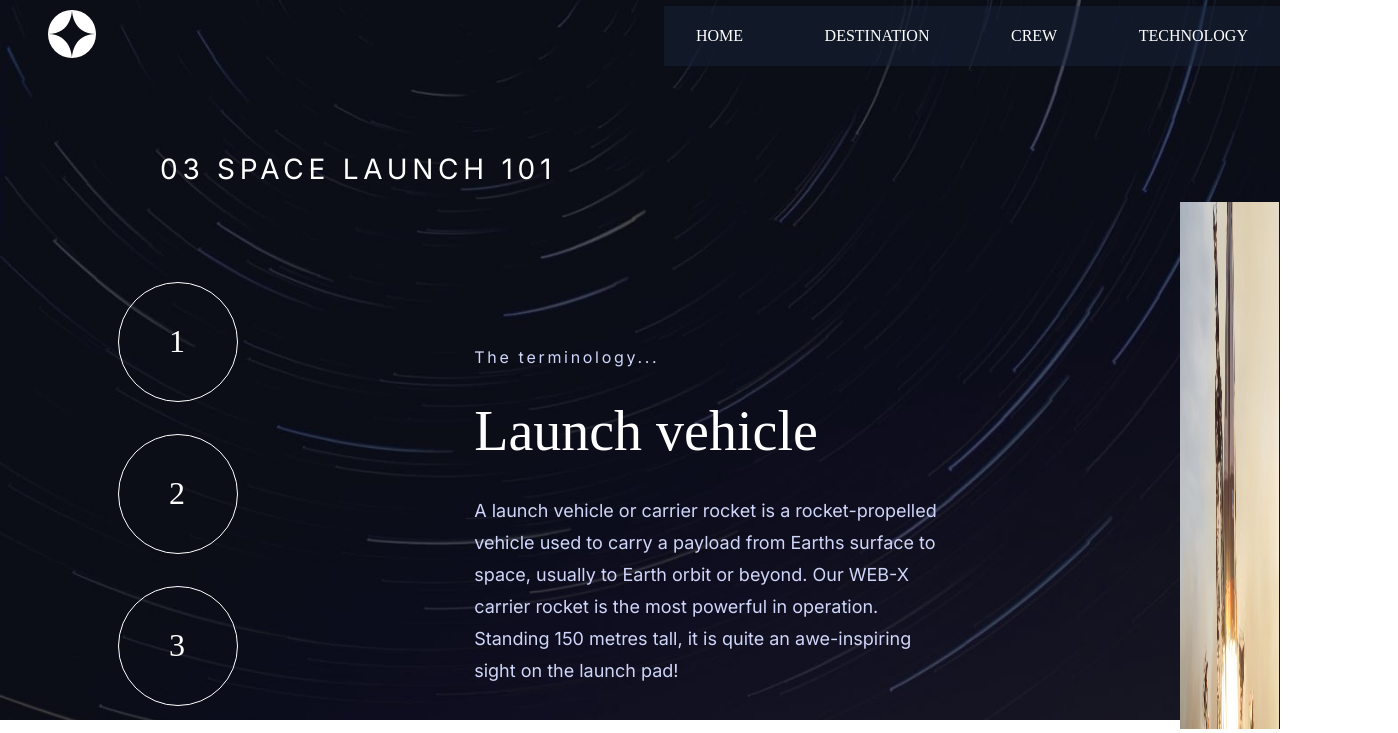
Repository: nilesjamex/space
Page: /Technology
An editor plug-in stored every save of this project. The page is shown before and after the next save, followed by the edit.
The browser window is 1280 px wide. The page is 1280 px wide, then 1398 px, so the pictures cover 1398 px, including what lies to the right of the window. The pictures show the whole page.
Some web fonts or font styles are not loaded; a fallback is used. The project was rebuilt for these pictures with package versions that can differ from the ones it lists, and the page was loaded fresh each time. The framework's server and built-in components were replaced by stand-ins that run in the browser. Also part of the build but not shown: next.config.js.

Above is the page before, as saved 2022-01-09 00:44:39.

After the next save:
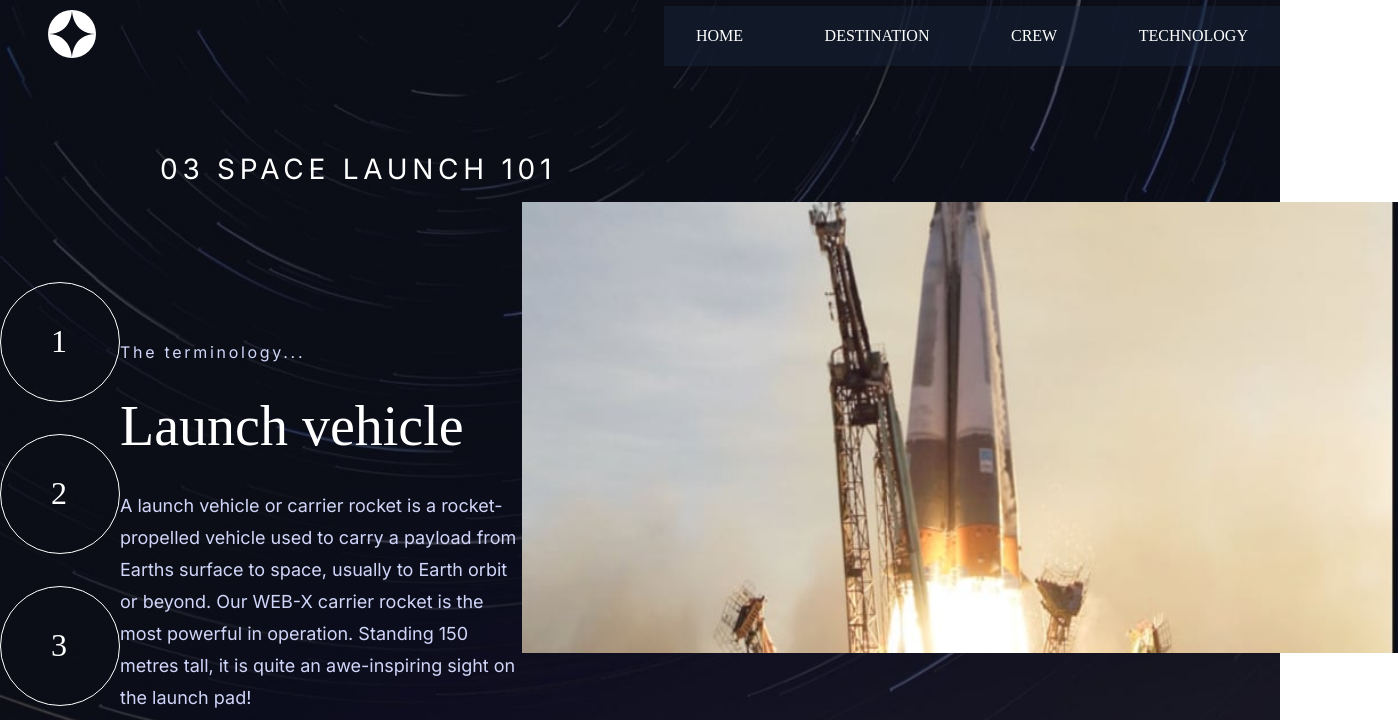
Saved 44 s later.
--- a/Components/Technology/Tech1/Tech.js
+++ b/Components/Technology/Tech1/Tech.js
@@ -39,7 +39,7 @@ const Tech = () => {
   it is quite an awe-inspiring sight on the launch pad!</p>
   </div>
   <div className={styles.imagediv}>
-  <Image className={styles.images} src={Vehicle} height="527" width="100%" alt="uu" />
+  <Image className={styles.images} src={Vehicle} height="527" width="1024" alt="uu" />
   </div>
         </div>
     );
